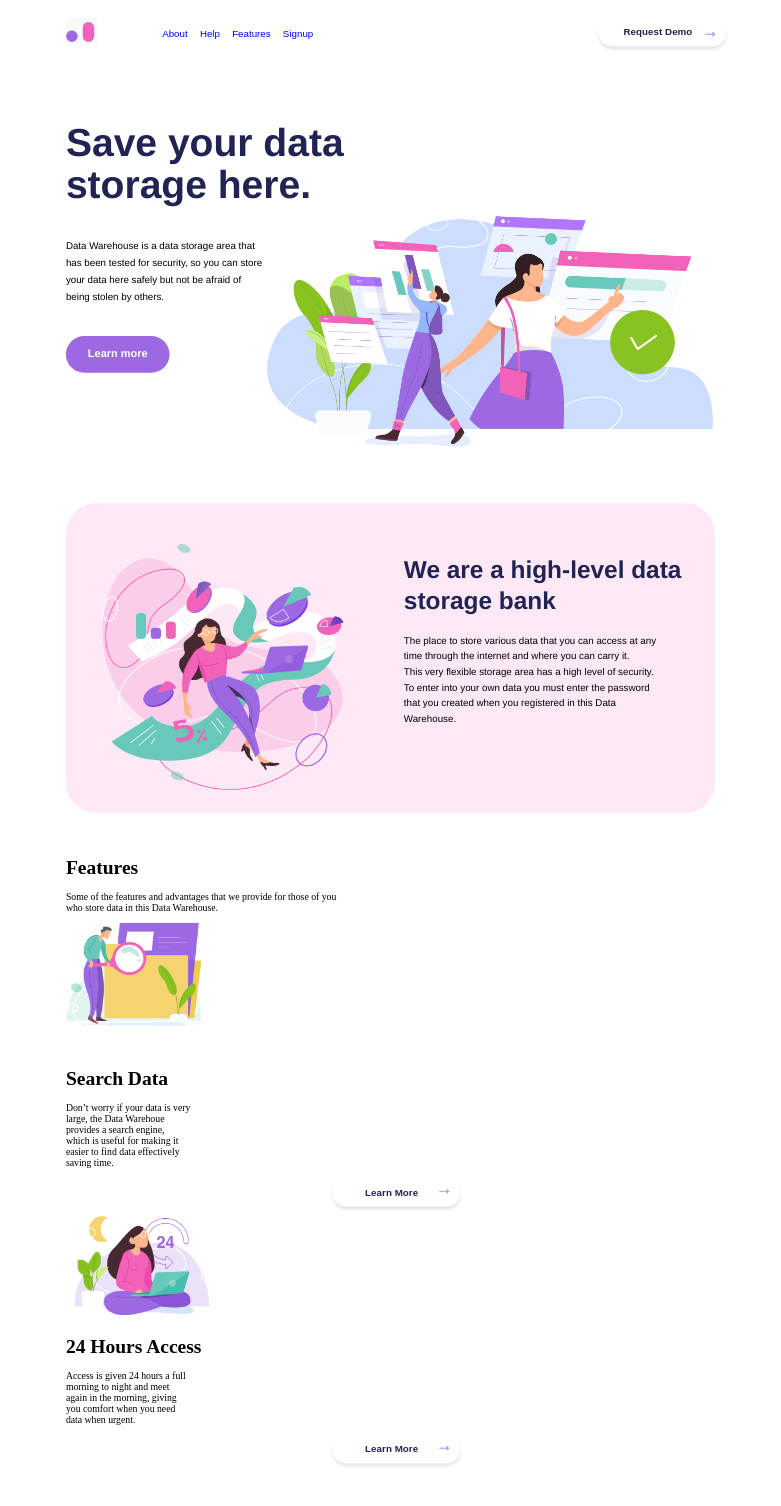
Repository: batonAnton/HW6_flexbox
Page: index.html
The author's editor kept a copy of each file at every save. The page is drawn from the files as they stood at one save, then again after the next save.
The browser window is 1280 px wide. The pictures show the whole page, at 61% of full size.
Some web fonts or font styles are not loaded; a fallback is used.

Above is the page before, as saved 2022-06-18 12:04:10.

### index.html
<!DOCTYPE html>
<html lang="en">
<head>
    <meta charset="UTF-8">
    <meta http-equiv="X-UA-Compatible" content="IE=edge">
    <meta name="viewport" content="width=device-width, initial-scale=1.0">
    <link href="http://fonts.cdnfonts.com/css/helvetica-neue-9" rel="stylesheet">
    <link rel="stylesheet" href="./fonts/Helvetica-Bold.ttf">
    <link rel="stylesheet" href="./fonts/AvenirLTStd-Black.otf">
    <link rel="stylesheet" href="/css/style.css">
    <title>FlexBox</title>
</head>
<body>
    <header>
        <div class="logo">
            <img src="./images/logo.png" alt="logo">
        </div>

        <nav>
            <ul>
                <li>
                    <a href="#">about</a>
                </li>
                <li>
                    <a href="#">help</a>
                </li>
                <li>
                    <a href="#">features</a>
                </li>
                <li>
                    <a href="#">signup</a>
                </li>
            </ul>
        </nav>

        <div class="header-btn">
            <div>
                <button>request demo</button>
            </div>
            <div class="btn-img">
                <img src="./images/right-arrow.png" alt="arrow-right" >
            </div>
        </div>
    </header>

    <div class="section allstyles">
        <div class="info">
            <h1>Save your data <br> storage here.</h1>
            <p>Data Warehouse is a data storage area that <br>has been
                tested for security, so you can store <br> your data here
                safely but not be afraid of <br> being stolen by others.</p>
            <button>Learn more</button>
        </div>

        <div class="section-img">
            <img src="./images/headerImg.png" alt="">
        </div>
    </div>

    <div class="section2 allstyles">
        <div class="sectin2-img">
            <img src="./images/assideimg.png" alt="assideimg">
        </div>

        <div class="section2-info">
            <h1>We are a high-level data <br> storage bank</h1>
            <p>
                The place to store various data that you can access at any <br> time through the internet  and where you can carry it. <br>
                This very flexible storage area has a high level of security. <br> To enter into your own data you must enter the password <br> that you created when you registered in this Data <br> Warehouse.
            </p>
        </div>
    </div>

    <div class="section3 allstyles">
        <h1>Features</h1>
        <p>Some of the features and advantages that we provide for those of you <br> who store data in this Data Warehouse.</p>

        <div class="row1">
            <div class="block">
                <img src="./images/section3/image1 1.png" alt="img">
                <h1>Search Data</h1>
                <p>
                    Don’t worry if your data is very <br> large, the Data Warehoue <br> provides a search engine, <br> which is useful for making it <br> easier to find data effectively <br> saving time.
                </p>

                <div class="header-btn">
                    <div>
                        <button>Learn More</button>
                    </div>
                    <div class="btn-img">
                        <img src="./images/right-arrow.png" alt="arrow-right" >
                    </div>
                </div>
            </div>

            <div class="block">
                <img src="./images/section3/image2.png" alt="img">
                <h1>24 Hours Access</h1>
                <p>
                    Access is given 24 hours a full <br> morning to night and
                    meet <br> again in the morning, giving <br> you comfort when
                    you need <br> data when urgent.
                </p>

                <div class="header-btn">
                    <div>
                        <button>Learn More</button>
                    </div>
                    <div class="btn-img">
                        <img src="./images/right-arrow.png" alt="arrow-right" >
                    </div>
                </div>
            </div>
        </div>
    </div>
</body>
</html>

### css/style.css
body {
  box-sizing: border-box;
  font-family: "Avenir";
}

.allstyles{
    margin: 70px 100px;
}

header {
  display: flex;
  margin: 30px 100px;
  justify-content: space-between;
  /* border: 1px solid gray; */
 font-family: Arial, Helvetica, sans-serif;
  font-size: 16px;
}


nav {
  margin-right: 40%;
}

nav ul {
  display: flex;
  list-style: none;
  color: #4b5d68;
}

nav ul li a {
  text-decoration: none;
  padding-left: 20px;
  text-transform: capitalize;
}

.header-btn {
  display: flex;
  justify-content: center;
}


.header-btn button {
  padding: 15px 30px 15px 15px;
  text-transform: capitalize;
  border: none;
  border-radius: 50px;
  background: #ffffff;
  box-shadow: 0px 5px 5px rgb(75 93 104 / 15%);
  width: 210px;
  color: #212353;
  font-size: 16px;
  font-weight: 800;
  line-height: 100%;
  letter-spacing: 0.005em;
}

.btn-img {
  margin-left: -35px;
  padding-left: -15px;
  align-self: center;
}

button img {
  padding-top: 5px;
  margin-left: 5px;
}

button:hover {
  border: 1px solid rgba(156, 105, 226, 1);
  text-decoration: underline;
}

.section {
  display: flex;
  position: relative;
  height: 600px;
  overflow: hidden;
}


.info {
  width: 50%;
}

.section h1 {
  font-style: normal;
  font-weight: 700;
  font-size: 4rem;
  line-height: 110%;
  font-family: "Helvetica Neue", sans-serif;
  color:#212353;
  font-weight: 700;
}



.section p {
  font-family: 'Avenir', Helvetica, sans-serif;
  font-style: normal;
  font-weight: 500;
  font-size: 16px;
  line-height: 28px;
  margin-top: 50px;
  margin-bottom: 50px;
}

.section-img {
  position: absolute;
  bottom: 1%;
  right: -13%;
}
.section-img img {
  width: 84%;
}

.info button{
    font-family: 'Avenir', Helvetica, sans-serif;
    font-style: normal;
    font-weight: 700;
    font-size: 18px;
    line-height: 160%;
    background-color: #9C69E2;
    border-radius: 50px;
    color: #ffffff;
    width: 170px;
    height: 60px;
    border: none;
    cursor: pointer;
}


.section2{
    display: flex;
    justify-content: space-between;
    background: rgba(240, 99, 184, 0.15);
    border-radius: 50px;
    font-family: 'Avenir', Helvetica, sans-serif;
}

.section2 h1{
    font-style: normal;
    font-weight: 700;
    font-size: 40px;
    line-height: 130%;
    color: #212353;
}

.section2 p{
    font-family: 'Avenir', Helvetica, sans-serif;
font-style: normal;
font-weight: 400;
font-size: 16px;
line-height: 160%;
}

.section2-info{
    padding:55px;
}

After the next save:
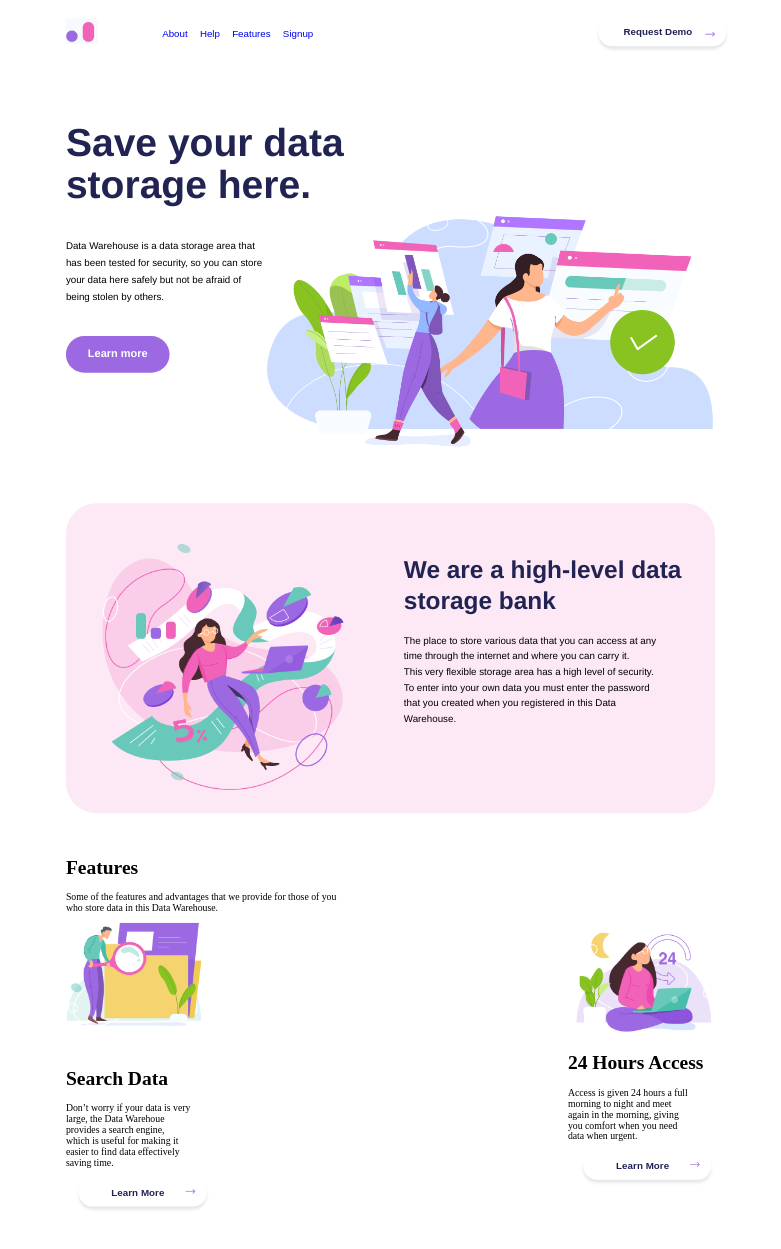
Saved 3 min 3 s later.
--- a/css/style.css
+++ b/css/style.css
@@ -156,3 +156,18 @@ line-height: 160%;
 .section2-info{
     padding:55px;
 }
+
+
+.section3-header{
+    text-align: center;
+    margin: 75px;
+}
+
+.row1{
+    display: flex;
+    justify-content: space-between;
+}
+
+.block{
+    display: ;
+}
